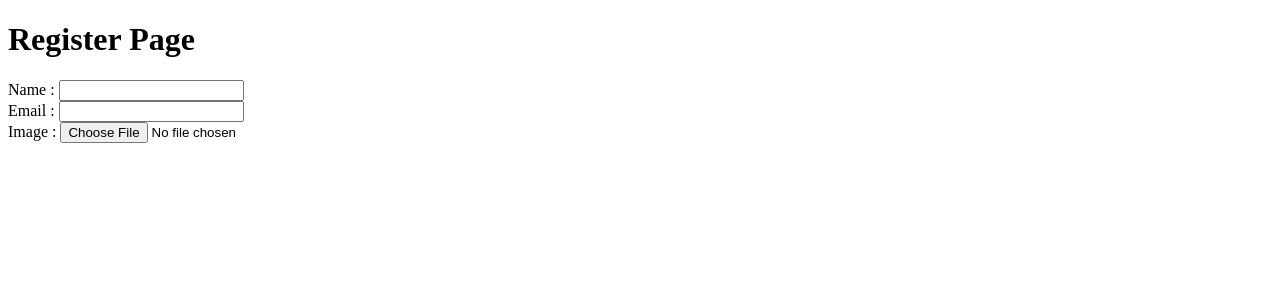
Repository: RajkumarBalimidi/Demo-JFSWD-Project
Page: DemoProject/src/main/webapp/index.html
The author's editor kept a copy of each file at every save. The page is drawn from the files as they stood at one save, then again after the next save.
The browser window is 1280 px wide. The pictures show the whole page.

Above is the page before, as saved 2024-11-05 06:00:31.

After the next save:
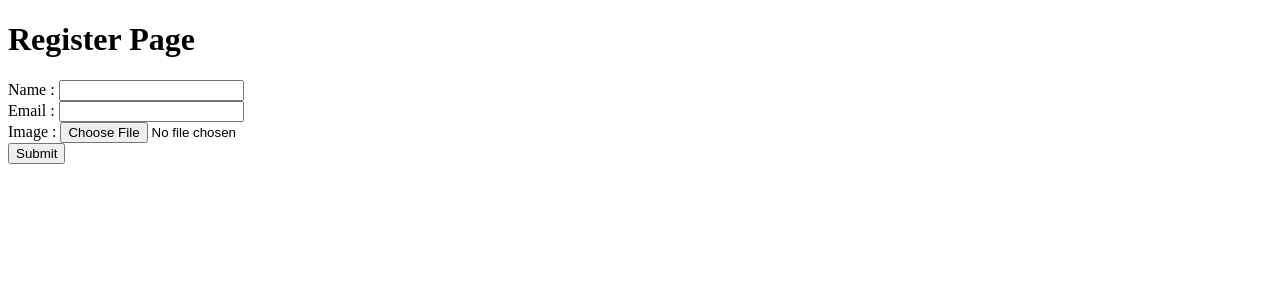
Saved 21 s later.
--- a/DemoProject/src/main/webapp/index.html
+++ b/DemoProject/src/main/webapp/index.html
@@ -13,5 +13,8 @@
 	<label>Image : </label>
 	<input type="file" name="image"><br>
 
+	<input type="submit" name="submit"><br>
+
+
 </body>
 </html>
